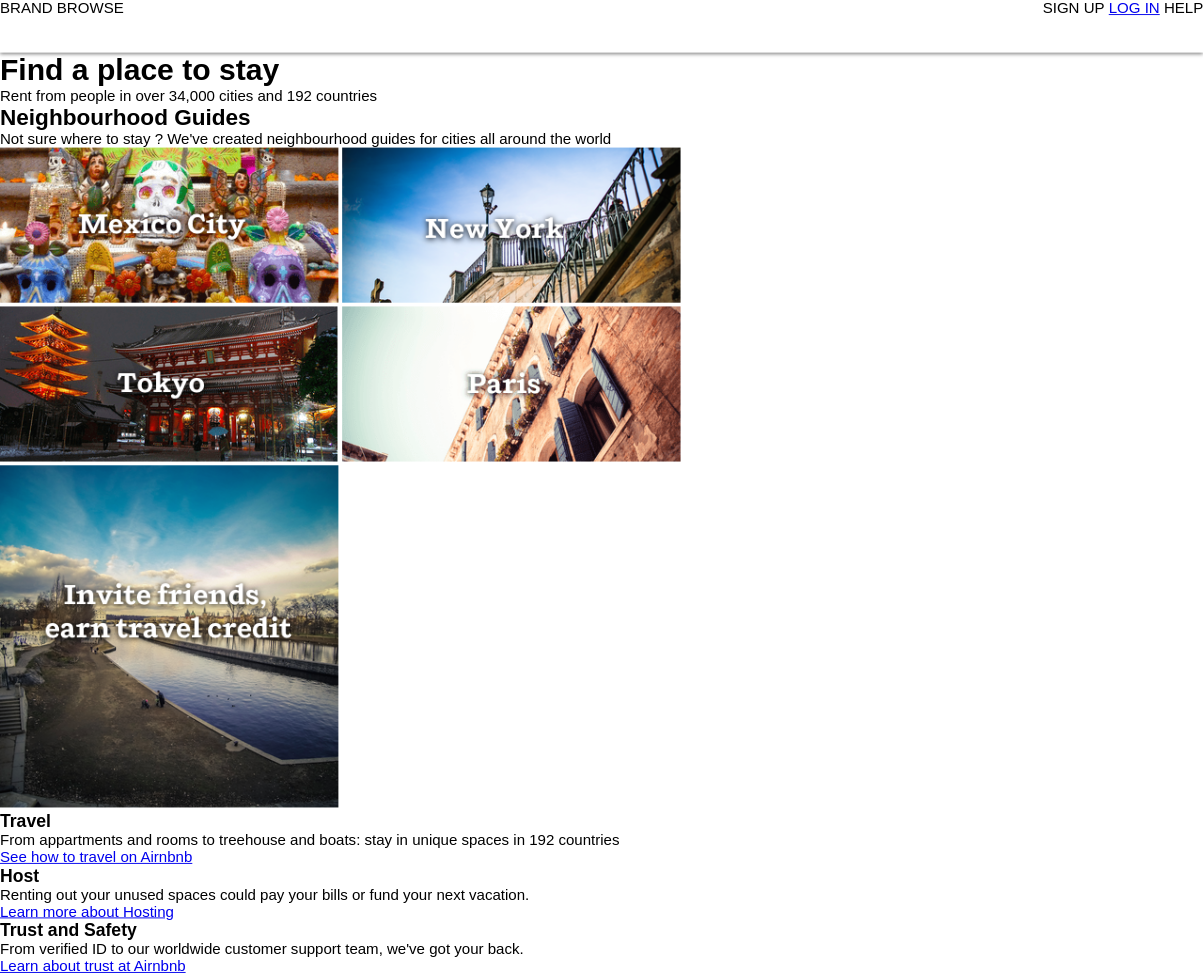
Repository: Naohonproject/web101x02_asm1
Page: Project2.html
These files come from the project's save history. The page is drawn as it stood at one moment and after the next save; the edit follows.
The browser window is 1280 px wide. The pictures show the whole page, at 94% of full size.

Above is the page before, as saved 2022-01-15 16:55:50.

### Project2.html
<!-- @format -->

<!DOCTYPE html>
<html lang="en">
	<head>
		<meta charset="UTF-8" />
		<meta http-equiv="X-UA-Compatible" content="IE=edge" />
		<meta name="viewport" content="width=device-width, initial-scale=1.0" />
		<link rel="stylesheet" href="./assets/css/style.css" />
		<link rel="stylesheet" href="./assets/css/responsive.css" />
		<title>Homepage</title>
	</head>
	<body>
		<div id="header">
			<div class="header-wrapper">
				<div class="nav-bar">
					<ul class="left-nav pull-left">
						<li>Brand</li>
						<li>Browse</li>
					</ul>
					<ul class="right-nav pull-right">
						<li>Sign Up</li>
						<li><a href="login.html" target="_blank">Log In</a></li>
						<li>Help</li>
					</ul>
				</div>
			</div>
		</div>

		<div id="banner">
			<div class="banner-wrapper">
				<div>
					<h1>Find a place to stay</h1>
					<p>Rent from people in over 34,000 cities and 192 countries</p>
				</div>
			</div>
		</div>

		<div id="content">
			<div class="content-wrapper">
				<div class="content-heading">
					<h2>Neighbourhood Guides</h2>
					<p>
						Not sure where to stay ? We've created neighbourhood guides for
						cities all around the world
					</p>
				</div>
				<div class="content-images-table">
					<div>
						<img
							src="./assets/img/web101x-Mexico City.png"
							alt="Mexico City"
							width="360"
						/>
						<img
							src="./assets/img/web101x-New York.png"
							alt="New York City"
							width="360"
						/>
					</div>
					<div>
						<img
							src="./assets/img/web101x-Tokyo.png"
							alt="Tokyo City"
							width="360"
						/>
						<img
							src="./assets/img/web101x-Paris.png"
							alt="Paris City"
							width="360"
						/>
					</div>
					<div>
						<img
							src="./assets/img/web101x-Invitation.png"
							alt="Invitation image"
							width="360"
						/>
					</div>
				</div>
			</div>
		</div>

		<div id="footer">
			<div class="footer-wrapper">
				<div class="footer-block">
					<h3>Travel</h3>
					<p>
						From appartments and rooms to treehouse and boats: stay in unique
						spaces in 192 countries
					</p>
					<a href="#">See how to travel on Airnbnb</a>
				</div>

				<div class="footer-blockr">
					<h3>Host</h3>
					<p>
						Renting out your unused spaces could pay your bills or fund your
						next vacation.
					</p>
					<a href="#">Learn more about Hosting</a>
				</div>

				<div class="footer-block">
					<h3>Trust and Safety</h3>
					<p>
						From verified ID to our worldwide customer support team, we've got
						your back.
					</p>
					<a href="#">Learn about trust at Airnbnb</a>
				</div>
			</div>
		</div>
	</body>
</html>

### assets/css/style.css
/** @format */

/* common */

/* reset css */
* {
	box-sizing: border-box;
	padding: 0;
	margin: 0;
}

/* row style */
.row {
}
/* collumn style */
.col {
}

.col-haft {
}

.col-third {
}

.align-center {
}
/* Set text lineweight to Bold */
.bold-text {
}

.btn-hover {
}

.pull-left {
	float: left !important;
}

.pull-right {
	float: right !important;
}

/* specific */

html {
	font-family: Arial, Helvetica, sans-serif;
}

#header {
	height: 56px;
	width: 100%;
	background-color: #fff;
	box-shadow: 0 1px 4px grey;
	color: #000;
	font-size: 16px;
	text-transform: uppercase;
	font-weight: 500;
}

#header li {
	display: inline-block;
}

.hedder-wrapper {
	padding: 20px 56px;
}

Loaded but not shown: assets/css/responsive.css (no stored copy; drawn as an empty file)

After the next save:
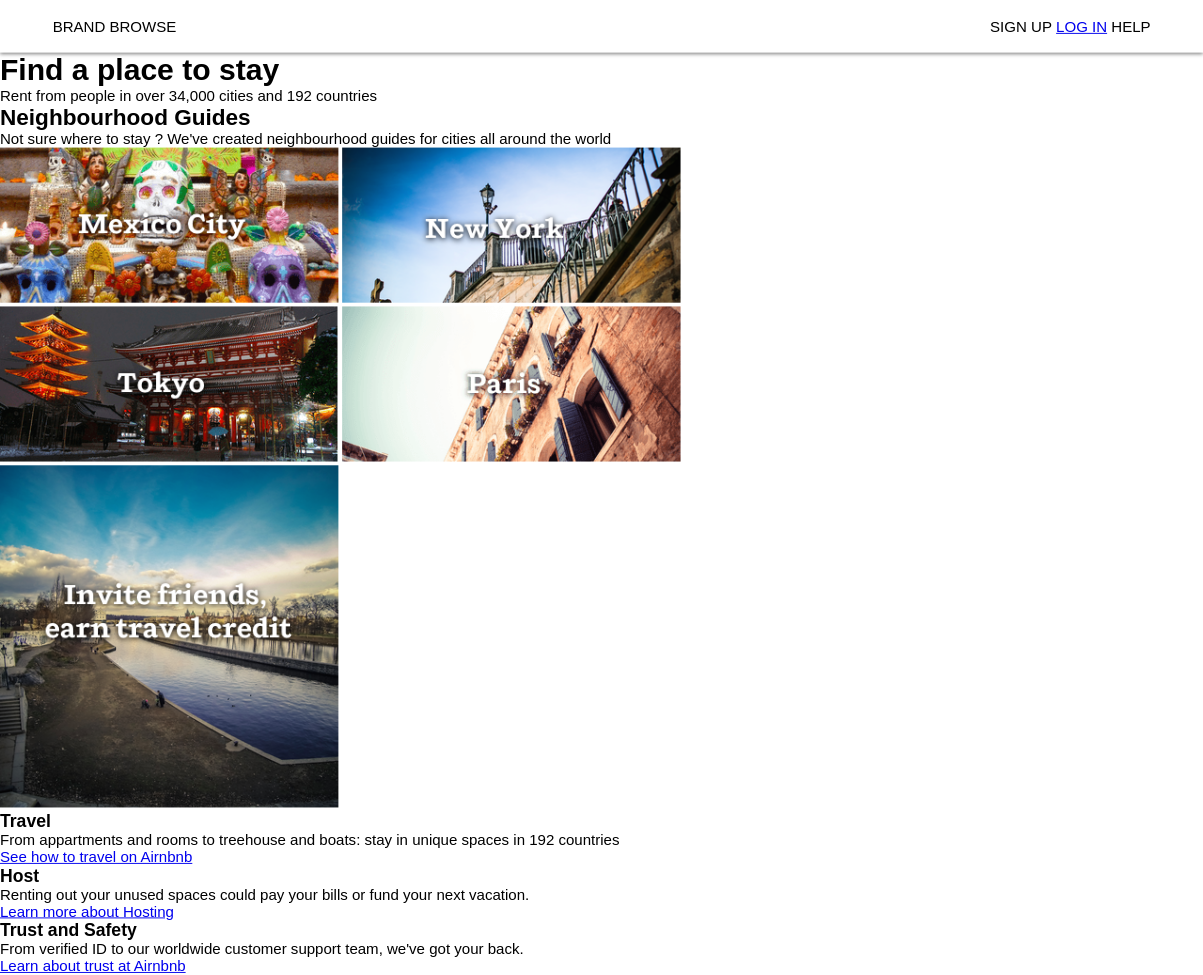
Saved 25 s later.
--- a/assets/css/style.css
+++ b/assets/css/style.css
@@ -60,6 +60,6 @@ html {
 	display: inline-block;
 }
 
-.hedder-wrapper {
+.header-wrapper {
 	padding: 20px 56px;
 }
